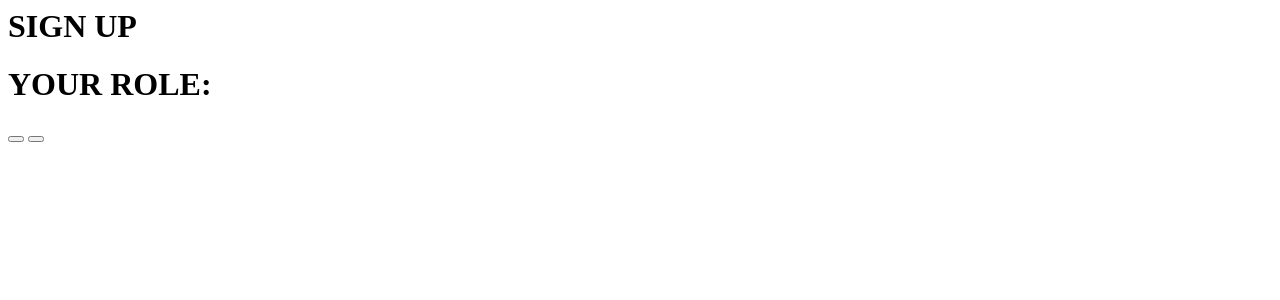
Repository: Aryaholmukhe/treasureHacks
Page: signup/signup.html
The author's editor kept a copy of each file at every save. The page is drawn from the files as they stood at one save, then again after the next save.
The browser window is 1280 px wide. The pictures show the whole page.

Above is the page before, as saved 2022-03-26 12:31:22.

After the next save:
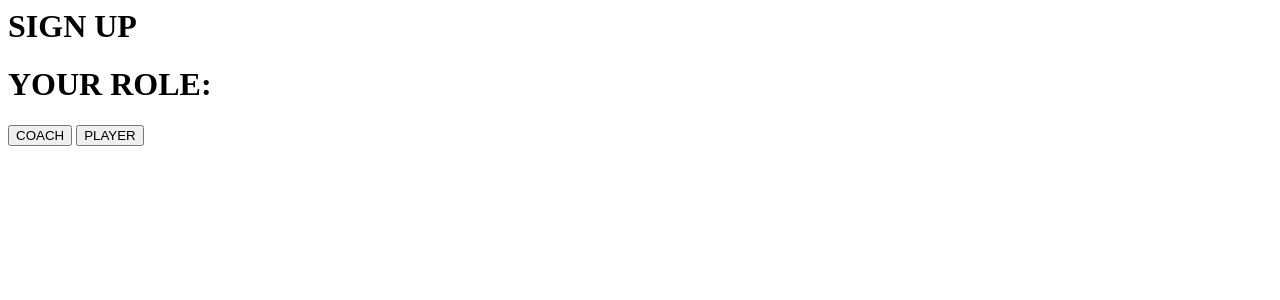
Saved 11 s later.
--- a/signup/signup.html
+++ b/signup/signup.html
@@ -12,7 +12,7 @@
 
     <h1>YOUR ROLE:</h1>
 
-    <button></button>
-    <button></button>
+    <button>COACH</button>
+    <button>PLAYER</button>
 </body>
 </html>
